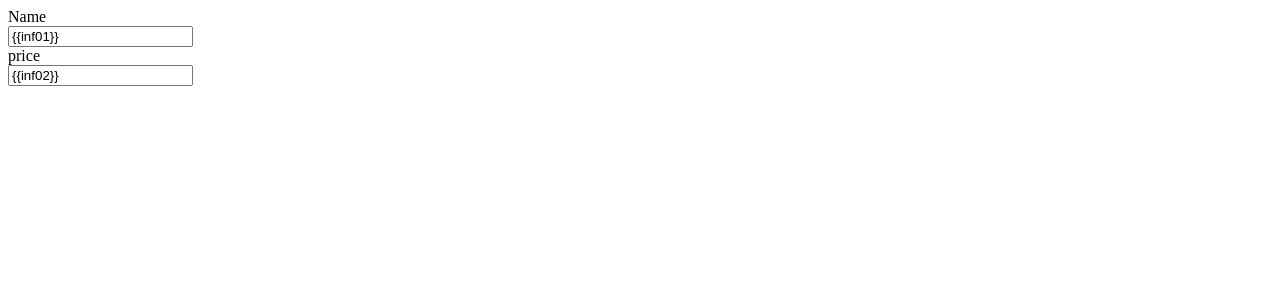
Repository: oafnghh/TranningTest
Page: HVNTrainingPrj/HNV-Demo-FE/WebContent/www/js/app/group/mat/tmpl/Ent_Header.html
These files come from the project's save history. The page is drawn as it stood at one moment and after a run of saves; the edit follows.
The browser window is 1280 px wide. The pictures show the whole page.

Above is the page before, as saved 2024-07-01 21:15:59.

### HVNTrainingPrj/HNV-Demo-FE/WebContent/www/js/app/group/mat/tmpl/Ent_Header.html
<div class="card">
	<div class="card-body">
		<div class="media">
			<div class="col-9">
				<h4 class="card-title mb-4 shp_font_size"></h4>
			</div>

			<div class="col-3 isManager">
				<div class="text-sm-right">
					<a data-divtoogle="#div_frm_manager" class="btn-resize"
						data-toggle="tooltip" data-placement="top" title=""
						data-original-title="Resize"> <i
						class="mdi mdi-window-minimize font-size-18"></i>
					</a>
				</div>
			</div>
		</div>

		<div class="form-horizontal custom-scroll-header" id='div_frm_manager'>
			<div class="box-body row">
				<!-- 	*Content here* -->

				<div class="col-lg-8 col-md-8 col-sm-12">
					<input type="hidden" class="objData" value={{id}} data-name="id"
						data-validation="number" />

					<div class="form-group row">
						<label class="col-4 control-label">Name</label>
						<div class="col-8">
							<input id="inp_ent_login01" class="form-control objData"
								type="text" data-name="name01" data-validation="required"
								value="{{inf01}}" />
						</div>
					</div>

					<div class="form-group row">
						<label class="col-4 control-label">price</label>
						<div class="col-8">
							<input id="inp_ent_login01" class="form-control objData"
								type="text" data-name="inf02" data-validation="required"
								value="{{inf02}}" />
						</div>
					</div>





					<!-- 	.......................... -->
				</div>
			</div>
		</div>
	</div>

After the next 3 saves:
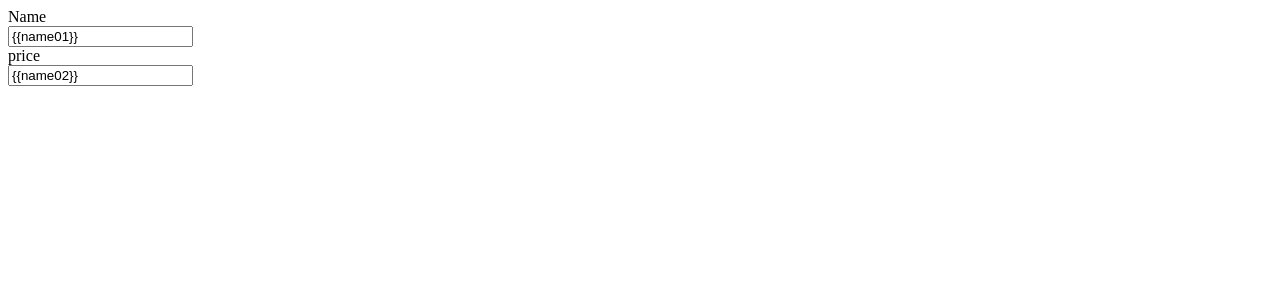
The 3 saves are shown as one change because they came seconds apart.
The last was saved 10 s later.
--- a/HVNTrainingPrj/HNV-Demo-FE/WebContent/www/js/app/group/mat/tmpl/Ent_Header.html
+++ b/HVNTrainingPrj/HNV-Demo-FE/WebContent/www/js/app/group/mat/tmpl/Ent_Header.html
@@ -29,7 +29,7 @@
 						<div class="col-8">
 							<input id="inp_ent_login01" class="form-control objData"
 								type="text" data-name="name01" data-validation="required"
-								value="{{inf01}}" />
+								value="{{name01}}" />
 						</div>
 					</div>
 
@@ -37,8 +37,8 @@
 						<label class="col-4 control-label">price</label>
 						<div class="col-8">
 							<input id="inp_ent_login01" class="form-control objData"
-								type="text" data-name="inf02" data-validation="required"
-								value="{{inf02}}" />
+								type="text" data-name="name02" data-validation="required"
+								value="{{name02}}" />
 						</div>
 					</div>
 
